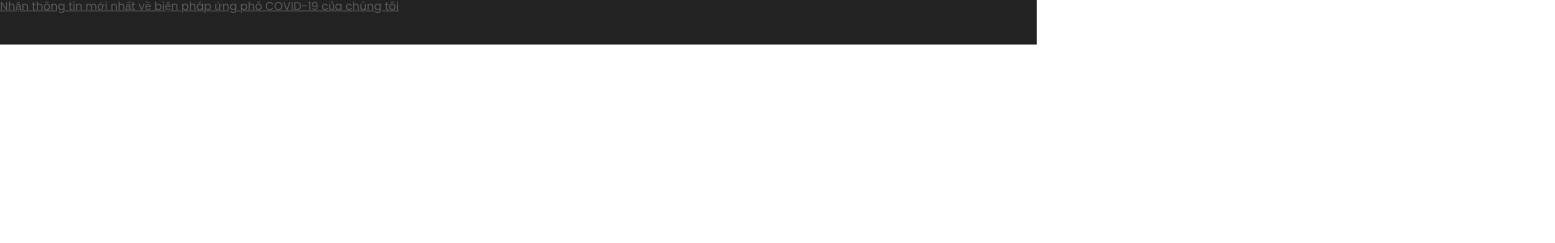
Repository: vanntrong/airbnb-clone
Page: index.html
An editor plug-in stored every save of this project. The page is shown before and after the next save, followed by the edit.
The browser window is 1280 px wide. The page is 1280 px wide, then 1920 px, so the pictures cover 1920 px, including what lies to the right of the window. The pictures show the whole page, at 81% of full size.

Above is the page before, as saved 2021-09-18 18:06:46.

After the next save:
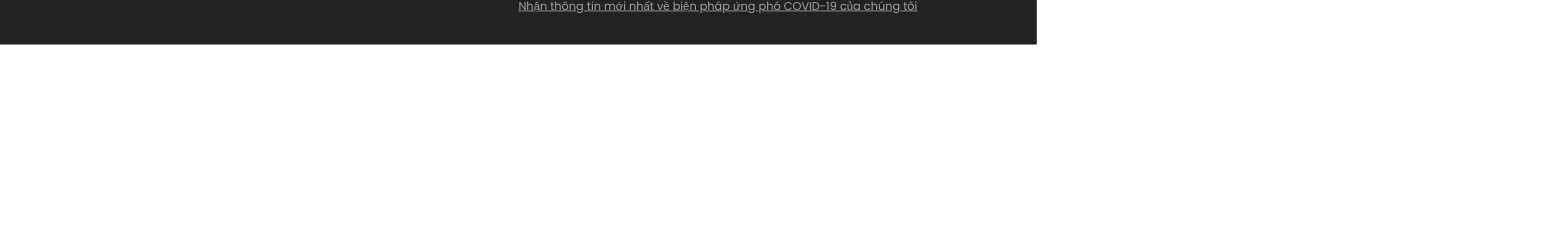
Saved 14 s later.
--- a/assets/css/style.css
+++ b/assets/css/style.css
@@ -9,6 +9,8 @@
 }
 
 .header__covid a {
+  position: relative;
+  left: 50%;
   display: block;
   color: #a3a3a3;
   font-size: 1.4rem;
